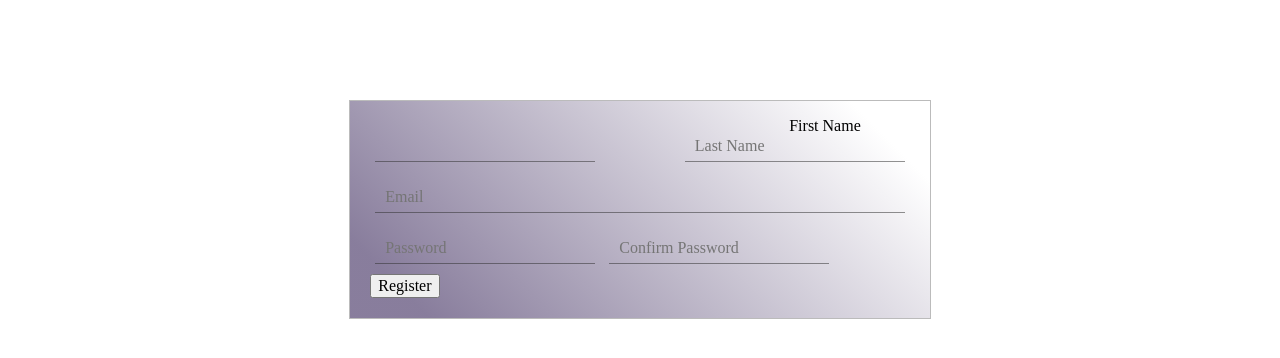
Repository: AMAmine89/vanilla-projects
Page: formo/index.html
An editor plug-in stored every save of this project. The page is shown before and after a run of saves, followed by the edit.
The browser window is 1280 px wide. The pictures show the whole page.
The first visible `input:not(input[type="submit"])` has the focus.

Above is the page before, as saved 2021-05-05 06:22:38.

### formo/index.html
<!DOCTYPE html>
<html lang="en">
<head>
    <meta charset="UTF-8">
    <meta http-equiv="X-UA-Compatible" content="IE=edge">
    <meta name="viewport" content="width=device-width, initial-scale=1.0">
    <link rel="stylesheet" href="css/normalize.css">
    <link rel="stylesheet" href="style.css">
    <title>Formo</title>
</head>
<body>
    <section>
        <form>
            <div class="double-block">
                <input type="text" name="first-name" id="first-name">
                <label for="first-name">First Name</label>
                <input type="text" name="last-name" placeholder="Last Name">
            </div>
            <div>
                <input type="email" name="email" placeholder="Email">
            </div>
            <div class="double-block">
                <input type="password" name="password" placeholder="Password">
                <input type="password" name="confirm-password" placeholder="Confirm Password">
            </div>
            <div>
                <input type="submit" value="Register">
            </div>
        </form>
    </section>
</body>
</html>

### formo/style.css
section {
    display: flex;
    justify-content: center;
    margin-top: 100px;
}

form {
    background: linear-gradient(45deg, rgba(42, 22, 78, 0.555) 10%, white 90%);
    padding: 20px;
    border: 1px solid rgb(187, 187, 187);
    border-radius: 0%;
    -webkit-border-radius: 0%;
    -moz-border-radius: 0%;
    -ms-border-radius: 0%;
    -o-border-radius: 0%;
}


input:not(input[type="submit"]) {
    padding: 5px 10px;
    height: 20px;
    background: transparent;
    border-top: none;
    border-right: none;
    border-left: none;
    border-bottom: solid 1px rgba(49, 49, 49, 0.527);
    margin: 10px 5px;
    outline: none;
}

input[type="email"] {
    width: -webkit-fill-available;
}

input:not(input[type="submit"])::after {
    content: '';
    width: 0;
    display: block;
    height: 1px;
    color: rgb(49, 49, 49);
    border-bottom: solid 1px;
    transition: width .3s ease-in-out;
    -webkit-transition: width .3s ease-in-out;
    -moz-transition: width .3s ease-in-out;
    -ms-transition: width .3s ease-in-out;
    -o-transition: width .3s ease-in-out;
}

input:not(input[type="submit"]):focus::after {
    width: 100%;
}

input:not(input[type="submit"]):focus + label {
    left: 185px;
    bottom: 20px;;
}

label {
    position: relative;
    left: -180px;
    transition: all .3s ease-in-out;
    -webkit-transition: all .3s ease-in-out;
    -moz-transition: all .3s ease-in-out;
    -ms-transition: all .3s ease-in-out;
    -o-transition: all .3s ease-in-out;
}

Loaded but not shown: formo/normalize.css (library)

After the next 2 saves:
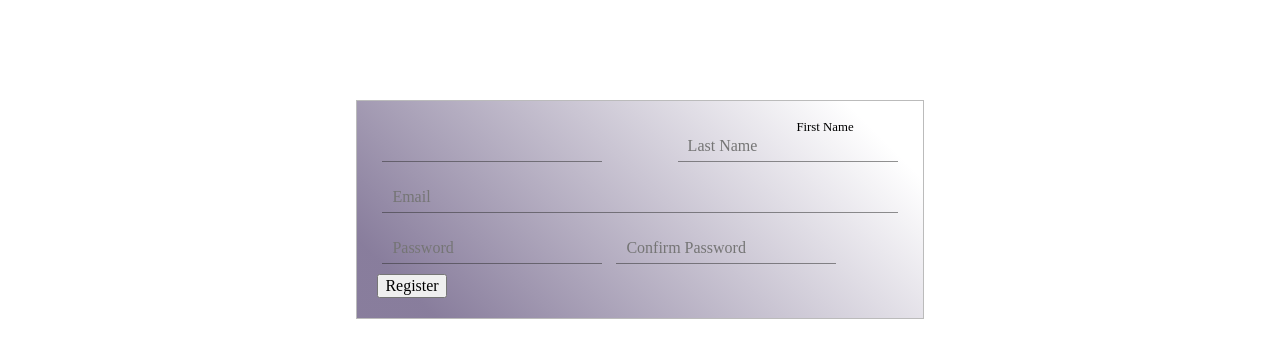
The 2 saves are shown as one change because they came seconds apart.
The last was saved 18 s later.
--- a/formo/style.css
+++ b/formo/style.css
@@ -52,7 +52,8 @@ input:not(input[type="submit"]):focus::after {
 
 input:not(input[type="submit"]):focus + label {
     left: 185px;
-    bottom: 20px;;
+    bottom: 20px;
+    font-size: .8em;
 }
 
 label {
